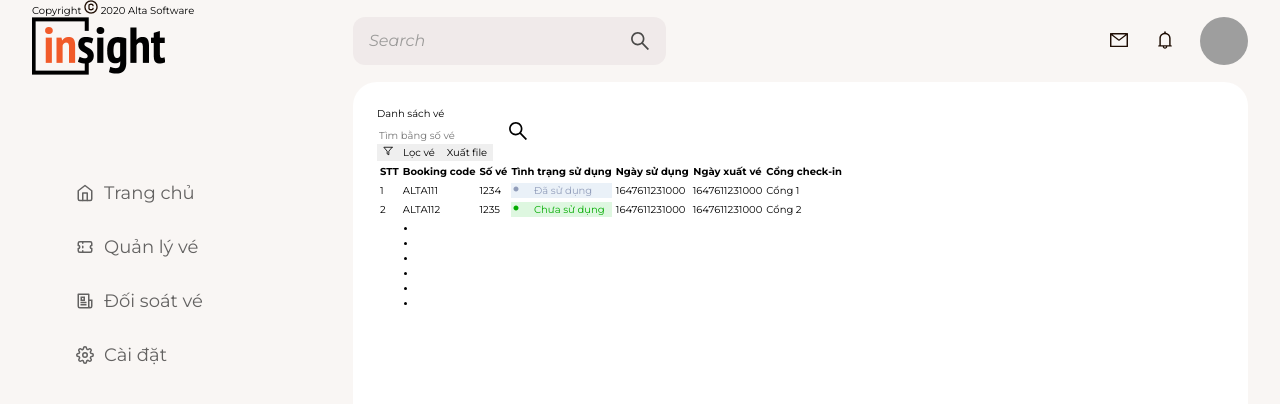
Repository: ledoanmk43/CMS_Ticket-Sale
Page: /TicketManagement (app in cms-app/)
An editor plug-in stored every save of this project. The page is shown before and after the next save, followed by the edit.
The browser window is 1280 px wide. The pictures show the whole page.
Pictures or frames that could not be fetched are drawn as grey boxes. The project was rebuilt for these pictures with package versions that can differ from the ones it lists, and the page was loaded fresh each time. Also part of the build but not shown: cms-app/src/layout/Main/Dashboard.tsx, cms-app/src/layout/Main/ServicePack.tsx, cms-app/src/layout/Main/TicketCheck.tsx.

Above is the page before, as saved 2022-03-18 14:54:39.

### cms-app/public/index.html
<!DOCTYPE html>
<html lang="en">
  <head>
    <meta charset="utf-8" />
    <link rel="icon" href="%PUBLIC_URL%/logo128.png" />
    <meta name="viewport" content="width=device-width, initial-scale=1" />
    <meta name="theme-color" content="#000000" />
    <meta
      name="description"
      content="Web site created using create-react-app"
    />
    <link rel="apple-touch-icon" href="%PUBLIC_URL%/logo.png" />
    <!--
      manifest.json provides metadata used when your web app is installed on a
      user's mobile device or desktop. See https://developers.google.com/web/fundamentals/web-app-manifest/
    -->
    <link rel="manifest" href="%PUBLIC_URL%/manifest.json" />
    <!--
      Notice the use of %PUBLIC_URL% in the tags above.
      It will be replaced with the URL of the `public` folder during the build.
      Only files inside the `public` folder can be referenced from the HTML.

      Unlike "/favicon.ico" or "favicon.ico", "%PUBLIC_URL%/favicon.ico" will
      work correctly both with client-side routing and a non-root public URL.
      Learn how to configure a non-root public URL by running `npm run build`.
    -->
    <title>CMS - Ticket Sale</title>
    <link rel="preconnect" href="https://fonts.googleapis.com" />
    <link rel="preconnect" href="https://fonts.gstatic.com" crossorigin />
    <link
      href="https://fonts.googleapis.com/css2?family=Montserrat:ital,wght@0,400;0,600;0,700;1,400&family=Noto+Sans:wght@400;700&display=swap"
      rel="stylesheet"
    />
  </head>
  <body>
    <noscript>You need to enable JavaScript to run this app.</noscript>
    <div id="root"></div>
    <!--
      This HTML file is a template.
      If you open it directly in the browser, you will see an empty page.

      You can add webfonts, meta tags, or analytics to this file.
      The build step will place the bundled scripts into the <body> tag.

      To begin the development, run `npm start` or `yarn start`.
      To create a production bundle, use `npm run build` or `yarn build`.
    -->
  </body>
</html>

### cms-app/src/index.tsx
import React from 'react'
import ReactDOM from 'react-dom'
import './sass/index.css'
import App from './App'
import reportWebVitals from './reportWebVitals'

ReactDOM.render(
  <React.StrictMode>
    <App />
  </React.StrictMode>,
  document.getElementById('root')
)

// If you want to start measuring performance in your app, pass a function
// to log results (for example: reportWebVitals(console.log))
// or send to an analytics endpoint. Learn more: https://bit.ly/CRA-vitals
reportWebVitals()

### cms-app/src/sass/index.css
*,
*::before,
*::after {
  -webkit-box-sizing: border-box;
  box-sizing: border-box;
}

* {
  margin: 0;
}

html,
body {
  height: 100%;
}

body {
  line-height: 1.5;
  -webkit-font-smoothing: antialiased;
  -webkit-tap-highlight-color: rgba(0, 0, 0, 0);
}

img,
picture,
video,
canvas,
svg {
  display: inline-block;
  max-width: 100%;
}

input,
button,
textarea,
select {
  font: inherit;
  outline: none;
  border: none;
}

p,
h1,
h2,
h3,
h4,
h5,
h6 {
  overflow-wrap: break-word;
}

.header {
  padding: 4.1rem;
  position: relative;
  display: -webkit-box;
  display: -ms-flexbox;
  display: flex;
  -webkit-box-align: center;
  -ms-flex-align: center;
  align-items: center;
  -webkit-box-pack: justify;
  -ms-flex-pack: justify;
  justify-content: space-between;
  -webkit-box-orient: horizontal;
  -webkit-box-direction: normal;
  -ms-flex-direction: row;
  flex-direction: row;
  background-color: #f9f6f4;
  margin: 0 32px 0 0;
  font-size: 16px;
  color: #1e0d03;
}

.header-search {
  position: absolute;
  opacity: 0.7;
  position: absolute;
  display: -webkit-box;
  display: -ms-flexbox;
  display: flex;
  -webkit-box-orient: horizontal;
  -webkit-box-direction: normal;
  -ms-flex-direction: row;
  flex-direction: row;
  width: 35%;
  max-width: 437px;
  height: 48px;
  padding: 10px 16px;
  border-radius: 12px;
  background-color: #ede6e6;
  -webkit-box-pack: justify;
  -ms-flex-pack: justify;
  justify-content: space-between;
  -webkit-box-align: center;
  -ms-flex-align: center;
  align-items: center;
  left: 0;
}

.header-search-input {
  max-width: 80%;
  font-size: 16px;
  font-weight: 400;
  font-style: italic;
  -webkit-box-align: center;
  -ms-flex-align: center;
  align-items: center;
  background-color: transparent;
  line-height: 20px;
  padding: 0.4rem 15.6rem 0.4rem 0;
}

.header-search-icon {
  font-size: 2rem;
  color: black;
  cursor: pointer;
}

.header-account {
  position: absolute;
  -webkit-box-align: center;
  -ms-flex-align: center;
  align-items: center;
  display: -webkit-box;
  display: -ms-flexbox;
  display: flex;
  right: 0;
  margin: auto;
  -webkit-box-orient: horizontal;
  -webkit-box-direction: normal;
  -ms-flex-direction: row;
  flex-direction: row;
  -ms-flex-pack: distribute;
  justify-content: space-around;
}

.header-account-icon {
  margin: 0 14px;
  color: #1e0d03;
  font-size: 18px;
  cursor: pointer;
}

.header-account-avatar {
  border-radius: 30px;
  width: 48px;
  height: 48px;
  margin-left: 12px;
  cursor: pointer;
}

.sidebar {
  max-width: 252px;
  display: -webkit-box;
  display: -ms-flexbox;
  display: flex;
  -webkit-box-flex: 0.5;
  -ms-flex: 0.5;
  flex: 0.5;
  left: 0;
  top: 0;
  margin: 0 0 0 32px;
  background-color: #f9f6f4;
  -webkit-box-align: start;
  -ms-flex-align: start;
  align-items: flex-start;
  padding: 0px;
  position: relative;
  min-width: 252px;
  max-width: 321px;
  height: 100vh;
}

.sidebar-logo {
  position: absolute;
  left: 0;
  right: 0;
  top: 17px;
  bottom: 0;
  height: 58px;
  width: 133px;
  cursor: pointer;
}

.sidebar-container {
  position: absolute;
  display: -webkit-box;
  display: -ms-flexbox;
  display: flex;
  -webkit-box-orient: vertical;
  -webkit-box-direction: normal;
  -ms-flex-direction: column;
  flex-direction: column;
  top: 23.1%;
  left: 7.5%;
  max-width: 252px;
  width: 75%;
  -webkit-box-align: start;
  -ms-flex-align: start;
  align-items: flex-start;
  -ms-flex-line-pack: center;
  align-content: center;
}

.sidebar-container-item {
  font-size: 18px;
  padding: 14px 30px 14px 20px;
  border-radius: 8px;
  white-space: nowrap;
  line-height: 26px;
  opacity: 0.6;
  width: 100%;
  -webkit-box-align: center;
  -ms-flex-align: center;
  align-items: center;
  display: -webkit-box;
  display: -ms-flexbox;
  display: flex;
  cursor: pointer;
}

.sidebar-container-item:hover,
.sidebar-container-item :focus {
  opacity: 1;
  background-color: #ffb800;
  color: white;
  font-weight: bold;
}

.sub {
  margin-left: 4rem;
  text-decoration: none;
  width: 83.5%;
}

.sub-hidden {
  display: none;
}

.icon {
  margin-right: 10px;
}

.wrapper {
  max-width: 1920px;
  margin: 0 auto;
  display: -webkit-box;
  display: -ms-flexbox;
  display: flex;
}

.container {
  display: -webkit-box;
  display: -ms-flexbox;
  display: flex;
  -webkit-box-orient: vertical;
  -webkit-box-direction: normal;
  -ms-flex-direction: column;
  flex-direction: column;
  height: 100vh;
  -webkit-box-flex: 1;
  -ms-flex: 1;
  flex: 1;
}

.main {
  display: -webkit-box;
  display: -ms-flexbox;
  display: flex;
  -webkit-box-orient: vertical;
  -webkit-box-direction: normal;
  -ms-flex-direction: column;
  flex-direction: column;
  height: 100%;
  background: #ffffff;
  border-radius: 24px;
  padding: 24px;
  margin: 0 32px 32px 0;
}

.dashboard {
  display: -webkit-box;
  display: -ms-flexbox;
  display: flex;
}

.dashboard p.statistic {
  font-size: 36px;
  font-style: bold;
  font-weight: 700;
  line-height: 54px;
}

html {
  font-size: 62.5%;
}

:root {
  --primary-color: #ffb800;
  --background-color: #f9f6f4;
  --primary-font: 'Montserrat';
}

body {
  font-family: var(--primary-font);
  background-color: var(--background-color);
}
/*# sourceMappingURL=index.css.map */

### cms-app/src/App.tsx
import React from 'react'
import { BrowserRouter as Router, Routes, Route } from 'react-router-dom'
import Home from './layout/Main/Home'

export interface IAppProps {}

const App: React.FunctionComponent<IAppProps> = (props) => {
  return (
    <Router>
      <Routes>
        <Route path='/*' element={<Home />}></Route>
      </Routes>
    </Router>
  )
}

export default App

### cms-app/src/layout/Main/Home.tsx
import React, { PropsWithChildren, useRef, useEffect, useState } from 'react'
import { Routes, Route, Navigate } from 'react-router-dom'
import Header from '../Header/Header'
import Sidebar from '../Sidebar/Sidebar'
import Dashboard from './Dashboard'
import ServicePack from './ServicePack'
import TicketCheck from './TicketCheck'
import TicketManage from './TicketManage'

export interface IHomeProps {}

const Home: React.FunctionComponent<PropsWithChildren<IHomeProps>> = (
  props
) => {
  return (
    <div className='wrapper'>
      <Sidebar />
      <div className='container'>
        <Header />
        <div className='main'>
          <Routes>
            <Route path='' element={<Navigate to='Dashboard' />} />
            <Route path='Dashboard' element={<Dashboard />}></Route>
            <Route path='TicketManagement' element={<TicketManage />}></Route>
            <Route path='TicketCheck' element={<TicketCheck />}></Route>
            <Route path='ServicePack' element={<ServicePack />}></Route>
          </Routes>
        </div>
      </div>
    </div>
  )
}

export default Home

### cms-app/src/layout/Header/Header.tsx
import React from 'react'
import { MailOutlined, BellOutlined, SearchOutlined } from '@ant-design/icons'

export interface IHeaderProps {}

const Header: React.FunctionComponent<IHeaderProps> = (props) => {
  return (
    <div className='header'>
      <div className='header-search'>
        <input
          className='header-search-input'
          type='text'
          placeholder='Search'
        />
        <SearchOutlined className='header-search-icon' />
      </div>
      <div className='header-account'>
        <a href='/Dashboard' className='header-account-icon'>
          <MailOutlined />
        </a>
        <a href='/Dashboard' className='header-account-icon'>
          <BellOutlined />
        </a>
        <img
          className='header-account-avatar'
          src='https://lh3.google.com/u/1/ogw/ADea4I4iNPSts8YZR7c6elfB8ElgPkhqy4kTzGxvMnFK=s32-c-mo'
          alt='user-img'
        />
      </div>
    </div>
  )
}

export default Header

### cms-app/src/layout/Sidebar/Sidebar.tsx
import React, { useState } from 'react'
import logo from '../asset/logo.png'
import cpr from '../asset/copyright.png'
import { useNavigate } from 'react-router-dom'

import { HiOutlineTicket } from 'react-icons/hi'
import { FiHome, FiSettings } from 'react-icons/fi'
import { RiNewspaperLine } from 'react-icons/ri'

export interface ISidebarProps {}

const Sidebar: React.FunctionComponent<ISidebarProps> = (props) => {
  const [isSettingOpen, setIsSettingOpen] = useState(false)
  const navigate = useNavigate()
  return (
    <div className='sidebar'>
      <img
        onClick={() => navigate('/Dashboard')}
        className='sidebar-logo'
        src={logo}
        alt='logo-insight'
      />
      <div className='sidebar-container'>
        <div
          onClick={() => navigate('/Dashboard')}
          className='sidebar-container-item'
        >
          <FiHome className='icon' />
          Trang chủ
        </div>
        <div
          onClick={() => navigate('/TicketManagement')}
          className='sidebar-container-item'
        >
          <HiOutlineTicket
            style={{ transform: 'rotate(180deg)' }}
            className='icon'
          />
          Quản lý vé
        </div>
        <div
          onClick={() => navigate('/TicketCheck')}
          className='sidebar-container-item'
        >
          <RiNewspaperLine className='icon' />
          Đối soát vé
        </div>
        <div
          className='sidebar-container-item'
          onClick={() => {
            setIsSettingOpen(!isSettingOpen)
          }}
        >
          <FiSettings className='icon' />
          Cài đặt
        </div>
        <div
          onClick={() => navigate('/ServicePack')}
          className={
            'sidebar-container-item sub' + (isSettingOpen ? '' : '-hidden')
          }
        >
          Gói dịch vụ
        </div>
      </div>
      <div className='sidebar-copyright'>
        <p className='sidebar-copyright-cpr'>
          Copyright <img src={cpr} alt='cpr' /> 2020 Alta Software
        </p>
      </div>
    </div>
  )
}

export default Sidebar

### cms-app/src/layout/Main/TicketManage.tsx
import React, { useState, useEffect, ReactNode } from 'react'
import { SearchOutlined } from '@ant-design/icons'
import { FiFilter } from 'react-icons/fi'
import { GoPrimitiveDot } from 'react-icons/go'
import { GrCaretPrevious, GrCaretNext } from 'react-icons/gr'

import { Table } from 'antd'

const columns = [
  {
    key: '1',
    title: 'STT',
    dataIndex: 'id',
  },
  {
    key: '2',
    title: 'Booking code',
    dataIndex: 'bookingId',
  },
  {
    key: '3',
    title: 'Số vé',
    dataIndex: 'tickerId',
  },
  {
    key: '4',
    title: 'Tình trạng sử dụng',
    dataIndex: 'status',
    render: (status: string) => {
      let color = ''
      let statusName = ''
      let bg = ''
      switch (status) {
        case 'ready':
          color = '#03AC00'
          statusName = 'Chưa sử dụng'
          bg = '#DEF7E0'
          break
        case 'used':
          color = '#919DBA'
          bg = '#EAF1F8'
          statusName = 'Đã sử dụng'
          break

        case 'expired':
          color = '#FD5959'
          statusName = 'Hết hạn'
          bg = '#F8EBE8'
          break

        default:
          color = '#03AC00'
          statusName = 'Chưa sử dụng'
      }
      return (
        <div
          style={{
            backgroundColor: `${bg}`,
            borderColor: `${color}`,
            color: `${color}`,
          }}
          className='ticket-status'
        >
          <GoPrimitiveDot className='icon' /> {statusName}
        </div>
      )
    },
  },
  {
    key: '5',
    title: 'Ngày sử dụng',
    dataIndex: 'dateUse',
  },
  {
    key: '6',
    title: 'Ngày xuất vé',
    dataIndex: 'dateRelease',
  },
  {
    key: '7',
    title: 'Cổng check-in',
    dataIndex: 'gate',
  },
]

const data = [
  {
    // key: '1',
    id: '1',
    bookingId: 'ALTA111',
    tickerId: '1234',
    status: 'used',
    dateUse: Date.now(),
    dateRelease: Date.now(),
    gate: 'Cổng 1',
  },
  {
    // key: '1',
    id: '2',
    bookingId: 'ALTA112',
    tickerId: '1235',
    status: 'ready',
    dateUse: Date.now(),
    dateRelease: Date.now(),
    gate: 'Cổng 2',
  },
  {
    // key: '1',
    id: '3',
    bookingId: 'ALTA113',
    tickerId: '1236',
    status: 'expired',
    dateUse: Date.now(),
    dateRelease: Date.now(),
    gate: 'Cổng 4',
  },
  {
    // key: '1',
    id: '4',
    bookingId: 'ALTA114',
    tickerId: '1237',
    status: 'used',
    dateUse: Date.now(),
    dateRelease: Date.now(),
    gate: 'Cổng 1',
  },
  {
    // key: '1',
    id: '5',
    bookingId: 'ALTA115',
    tickerId: '1238',
    status: 'ready',
    dateUse: Date.now(),
    dateRelease: Date.now(),
    gate: 'Cổng 2',
  },
  {
    // key: '1',
    id: '6',
    bookingId: 'ALTA116',
    tickerId: '1239',
    status: 'used',
    dateUse: Date.now(),
    dateRelease: Date.now(),
    gate: 'Cổng 2',
  },
  {
    // key: '1',
    id: '7',
    bookingId: 'ALTA117',
    tickerId: '1240',
    status: 'expired',
    dateUse: Date.now(),
    dateRelease: Date.now(),
    gate: 'Cổng 1',
  },
  {
    // key: '1',
    id: '8',
    bookingId: 'ALTA118',
    tickerId: '1241',
    status: 'used',
    dateUse: Date.now(),
    dateRelease: Date.now(),
    gate: 'Cổng 4',
  },
]
const itemRender = (
  current: number,
  type: string,
  originalElement: ReactNode
) => {
  if (type === 'prev') {
    return <GrCaretPrevious />
  } else if (type === 'next') {
    return <GrCaretNext />
  }
  return originalElement
}
export interface ITicketManageProps {}

const TicketManage: React.FunctionComponent<ITicketManageProps> = (
  props: ITicketManageProps
) => {
  const [page, setPage] = useState(1)
  const [pageSize, setPageSize] = useState(2)
  return (
    <div className='container'>
      <p className='title_xl'> Danh sách vé</p>
      <div className='section'>
        <div className='section-search'>
          <input
            className='section-search-input'
            type='text'
            placeholder='Tìm bằng số vé'
          />
          <SearchOutlined className='header-search-icon' />
        </div>
        <div className='filter'>
          <button className='btn-ticket'>
            <FiFilter className='icon' />
            Lọc vé
          </button>
          <button className='btn-ticket export'>Xuất file </button>
        </div>
      </div>

      <Table
        rowKey='id'
        columns={columns}
        dataSource={data}
        pagination={{
          itemRender: (current, type, element) => {
            itemRender(current, type, element)
          },
          position: ['bottomCenter'],
          current: page,
          pageSize: pageSize,
          onChange: (page, pageSize) => {
            setPage(page)
            setPageSize(pageSize)
          },
        }}
      ></Table>
    </div>
  )
}

export default TicketManage

Loaded but not shown: cms-app/src/reportWebVitals.ts (common file)

After the next save:
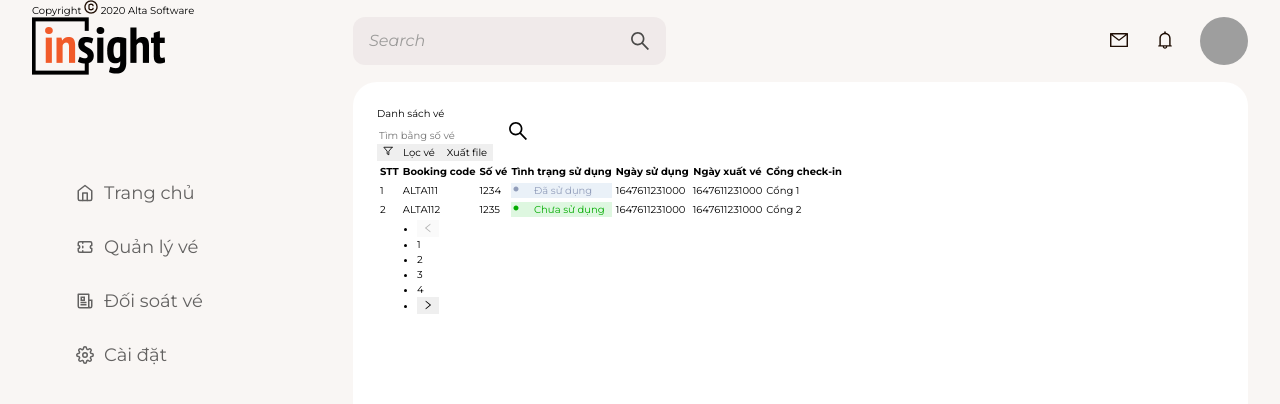
Saved 3 min 56 s later.
--- a/cms-app/src/layout/Main/TicketManage.tsx
+++ b/cms-app/src/layout/Main/TicketManage.tsx
@@ -1,4 +1,4 @@
-import React, { useState, useEffect, ReactNode } from 'react'
+import React, { useState, useEffect } from 'react'
 import { SearchOutlined } from '@ant-design/icons'
 import { FiFilter } from 'react-icons/fi'
 import { GoPrimitiveDot } from 'react-icons/go'
@@ -165,18 +165,7 @@ const data = [
     gate: 'Cổng 4',
   },
 ]
-const itemRender = (
-  current: number,
-  type: string,
-  originalElement: ReactNode
-) => {
-  if (type === 'prev') {
-    return <GrCaretPrevious />
-  } else if (type === 'next') {
-    return <GrCaretNext />
-  }
-  return originalElement
-}
+
 export interface ITicketManageProps {}
 
 const TicketManage: React.FunctionComponent<ITicketManageProps> = (
@@ -210,9 +199,6 @@ const TicketManage: React.FunctionComponent<ITicketManageProps> = (
         columns={columns}
         dataSource={data}
         pagination={{
-          itemRender: (current, type, element) => {
-            itemRender(current, type, element)
-          },
           position: ['bottomCenter'],
           current: page,
           pageSize: pageSize,
